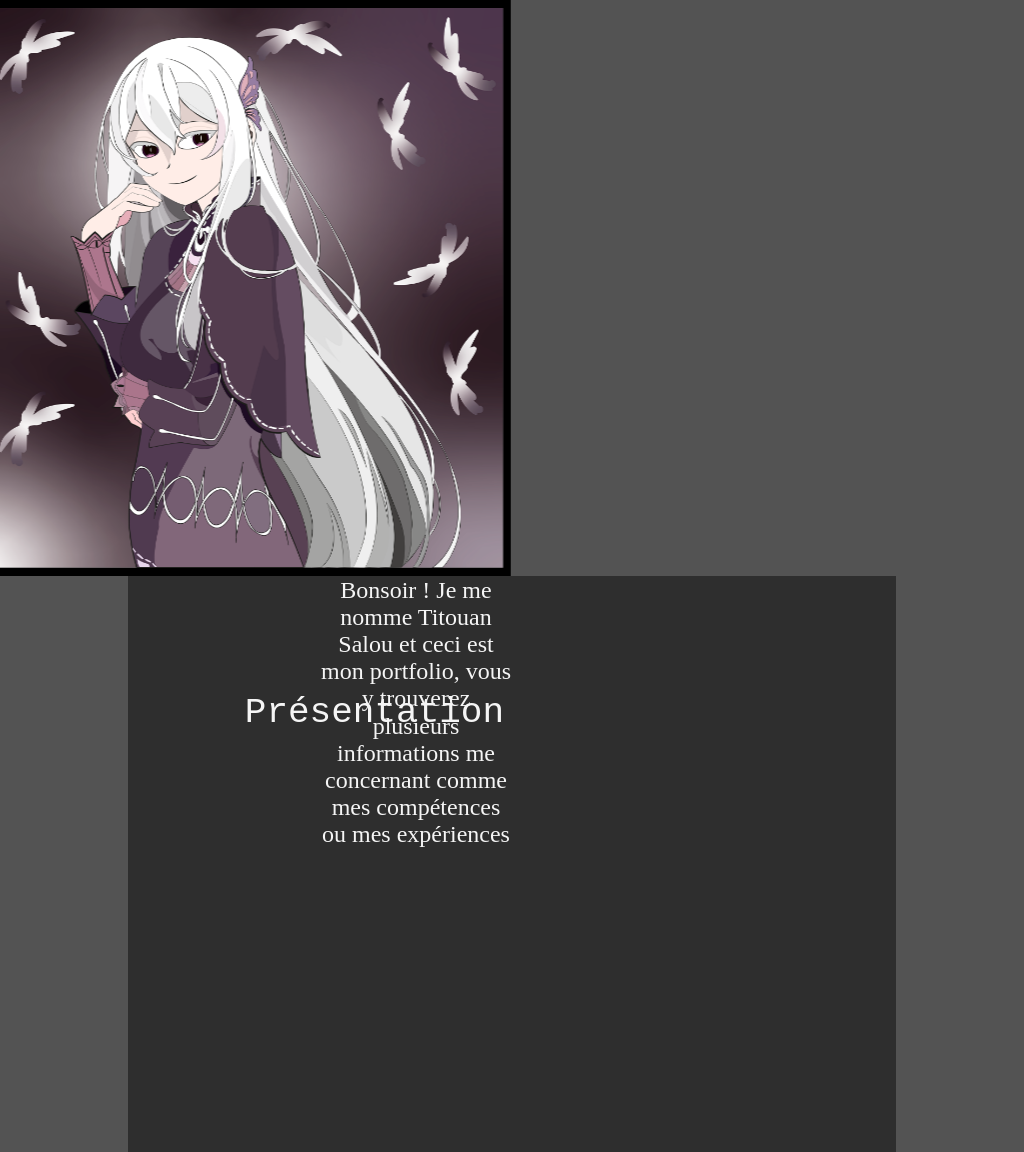
Repository: Mini-T/portfolio
Page: cv.html
These files come from the project's save history. The page is drawn as it stood at one moment and after the next save; the edit follows.
The browser window is 1280 px wide. The pictures show the whole page, at 80% of full size.
After loading, the first visible `#btnpresentation` was clicked once.

Above is the page before, as saved 2021-10-06 00:13:24.

After the next save:
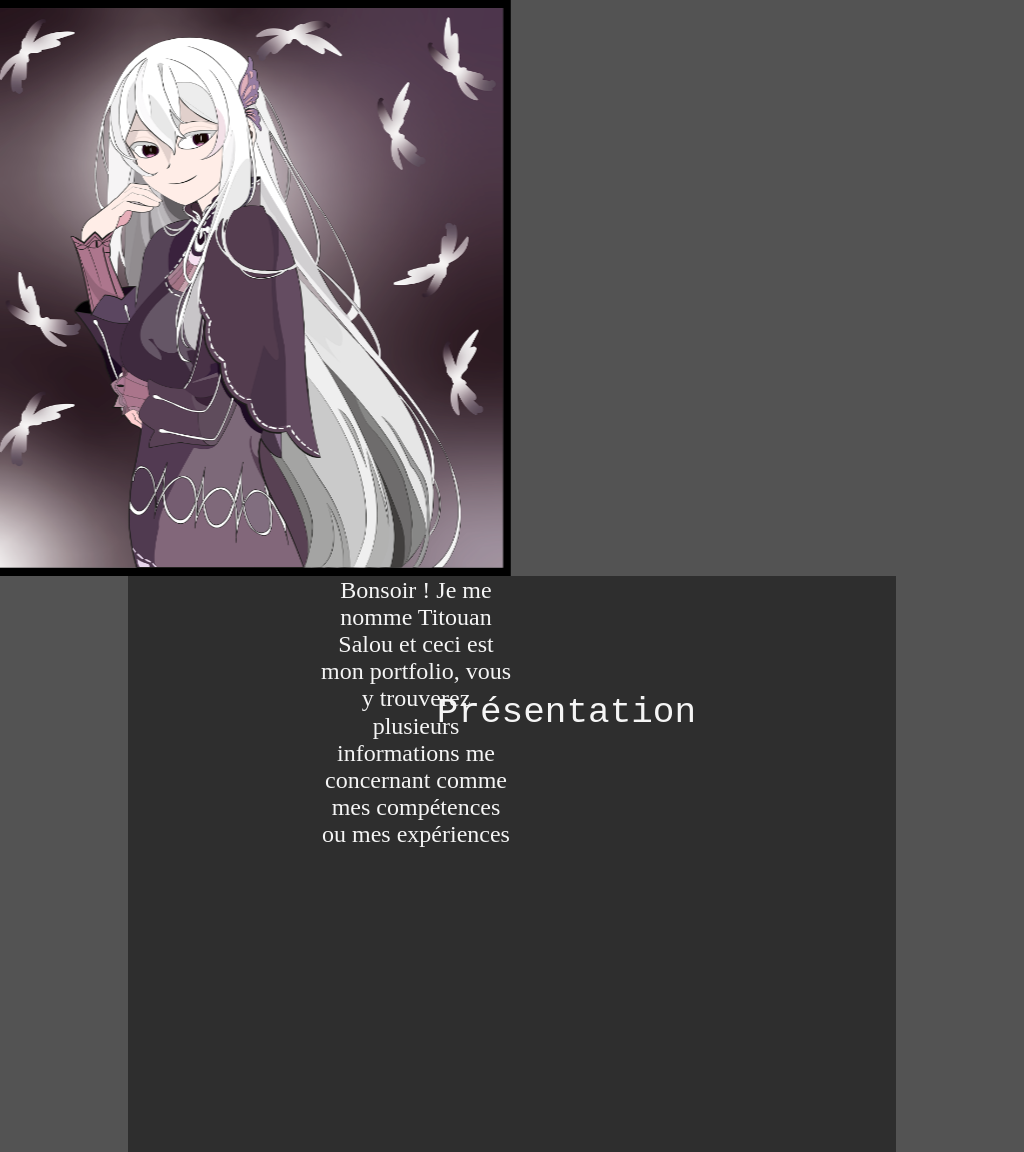
Saved 35 s later.
--- a/cv.css
+++ b/cv.css
@@ -166,7 +166,7 @@
 }
 .zoom {
   transition: all 0.3s ease-in;
- left: 50%;
+ left: 150%;
   position: relative;
   justify-self: center;
   font-size: 45px;
